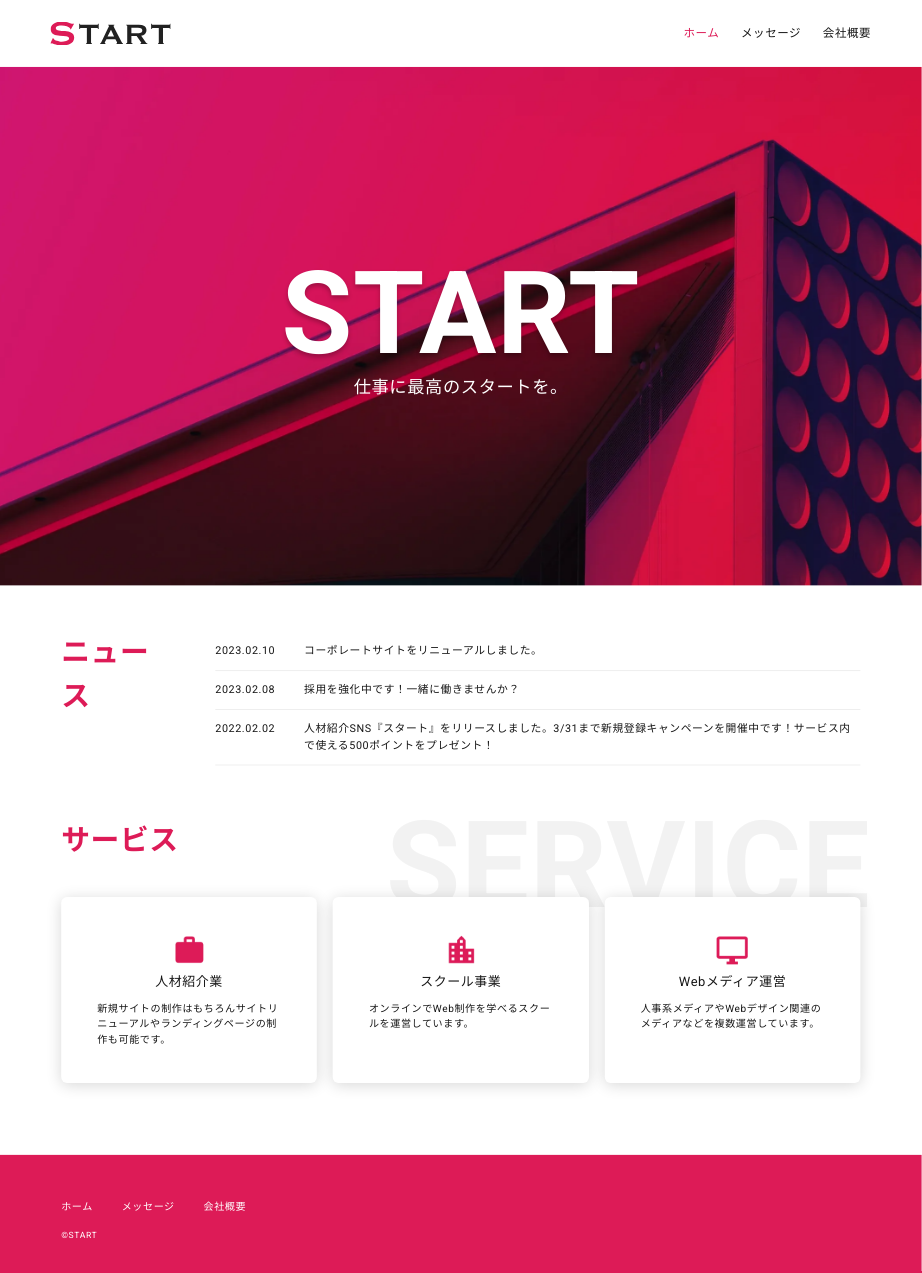
Repository: tetishi/tetishi.github.io
Page: index.html
The author's editor kept a copy of each file at every save. The page is drawn from the files as they stood at one save, then again after a run of saves.
The browser window is 1280 px wide. The pictures show the whole page, at 72% of full size.

Above is the page before, as saved 2023-07-02 21:03:20.

### index.html
<!DOCTYPE html>
<html lang="en">
<head>
    <meta charset="UTF-8">
    <meta http-equiv="X-UA-Compatible" content="IE=edge">
    <meta name="viewport" content="width=device-width, initial-scale=1.0">
    <title>Start</title>
    <!-- <link rel="stylesheet" type="text/css" href="http://yui.yahooapis.com/3.18.1/build/cssreset/cssreset-min.css"> -->
    <link rel="preconnect" href="https://fonts.googleapis.com">
    <link rel="preconnect" href="https://fonts.gstatic.com" crossorigin>
    <link href="https://fonts.googleapis.com/css2?family=Noto+Sans+JP:wght@500;700&family=Roboto:wght@400;700&display=swap" rel="stylesheet">
    <link rel="icon" href="img/favicon.ico">
    <link rel="stylesheet" href="./css/reset.css">
    <link rel="stylesheet" href="./css/style.css">
</head>
<body>
    <header class="header">
        <div class="header-inner">
            <h2 class="nav-title">
                <a href="./index.html">
                    <img src="img/logo.svg" alt="START">
                </a>
            </h2>
            <nav class="header-nav">
                <ul class="header-list">
                    <li class="header-item">
                        <a href="./index.html" class="text-red">ホーム</a>
                    </li>
                    <li class="header-item">
                        <a href="./message.html">メッセージ</a>
                    </li>
                    <li class="header-item">
                        <a href="./company.html">会社概要</a>
                    </li>
                </ul>
            </nav>
            <button class="hamburger-btn">
                <span class="bar bar_top"></span>
                <span class="bar bar_mid"></span>
                <span class="bar bar_bottom"></span>
            </button>
        </div>
    </header>

    <main>
        <!-- fv -->
        <div class="fv">
            <div class="fv_img">
                <picture>
                    <source srcset="./img/fv.webp" type="image/webp">
                    <img src="./img/fv.jpg" alt="STARTの赤いイメージ背景">
                </picture>
            </div>
            <div class="sp_fv_img">
                <picture>
                    <source srcset="./img/sp_fv.webp" type="image/webp">
                    <img src="./img/sp_fv.jpg" alt="STARTの赤いイメージ背景">
                </picture>
            </div>
            <!-- page-title-wrapper -->
            <div class="page-title-wrapper">
                <h1 class="page-title">START</h1>
                <div class="page-title-bottom">仕事に最高のスタートを。</div>
                <!-- /.page-title-bottom -->
            </div>
        </div>

        <!-- news -->
        <section id="news" class="section-wrapper news-wrapper">
            <div class="section-inner news-inner">
                <h2 class="section-title news-title">
                    ニュース
                </h2>
                <div class="news-container">
                    <ul class="news-list">
                        <li class="news-item">
                            <time datetime="2023.02.10">2023.02.10</time>
                            <a href="#news">コーポレートサイトをリニューアルしました。</a>
                        </li>
                        <li class="news-item">
                            <time datetime="2023.02.08">2023.02.08</time>
                            <a href="#news">採用を強化中です！一緒に働きませんか？</a>
                        </li>
                        <li class="news-item">
                            <time datetime="2022.02.02">2022.02.02</time>
                            <a href="#news">人材紹介SNS『スタート』をリリースしました。3/31まで新規登録キャンペーンを開催中です！サービス内で使える500ポイントをプレゼント！</a>
                        </li>
                    </ul>
                </div>
                <!-- /.news-container -->
            </div>
            <!-- /.section-inner -->
        </section>

        <!-- service -->
        <section id="service" class="section-wrapper service-wrapper">
            <div class="section-inner">
                <h2 class="section-title text-right text-white">サービス</h2>
                <h2 class="upper-text text-white">SERVICE</h2>
                <ul class="service-list">
                    <li class="service-item">
                            <picture>
                                <source srcset="./img/bag.webp" type="image/webp">
                                <img src="./img/bag.png" alt="手提げ鞄">
                            </picture>
                            <h3 class="service-item-title">人材紹介業</h3>
                            <p class="service-item-text">
                                新規サイトの制作はもちろんサイトリニューアルやランディングページの制作も可能です。
                            </p>
                    </li>
                    <li class="service-item">
                            <picture>
                                <source srcset="./img/school.webp" type="image/webp">
                                <img src="./img/school.png" alt="スクール">
                            </picture>
                            <h3 class="service-item-title">スクール事業</h3>
                            <p class="service-item-text">
                                オンラインでWeb制作を学べるスクールを運営しています。
                            </p>
                    </li>
                    <li class="service-item">
                            <picture>
                                <source srcset="./img/web.webp" type="image/webp">
                                <img src="./img/web.png" alt="モニター">
                            </picture>
                            <h3 class="service-item-title">Webメディア運営</h3>
                            <p class="service-item-text">
                                人事系メディアやWebデザイン関連のメディアなどを複数運営しています。
                            </p>
                    </li>
                </ul>
            </div>
            <!-- /.section-inner -->
        </section>

    </main>


    <footer class="footer">
        <div class="section-inner">
            <nav class="footer-nav">
                <ul class="footer-nav-list">
                    <li class="footer-nav-item"><a href="./index.html">ホーム</a></li>
                    <li class="footer-nav-item"><a href="./message.html">メッセージ</a></li>
                    <li class="footer-nav-item"><a href="./company.html">会社概要</a></li>
                </ul>
            </nav>
            <small>&copy;START</small>
        </div>
    </footer>

    <script src="https://ajax.googleapis.com/ajax/libs/jquery/3.6.0/jquery.min.js"></script>
    <script src="js/script.js"></script>
</body>
</html>

### css/reset.css
/*
html5doctor.com Reset Stylesheet
v1.6.1
Last Updated: 2010-09-17
Author: Richard Clark - http://richclarkdesign.com
Twitter: @rich_clark
*/

* {
    box-sizing: border-box;
}

html,
body,
div,
span,
object,
iframe,
h1,
h2,
h3,
h4,
h5,
h6,
p,
blockquote,
pre,
abbr,
address,
cite,
code,
del,
dfn,
em,
img,
ins,
kbd,
q,
samp,
small,
strong,
sub,
sup,
var,
b,
i,
dl,
dt,
dd,
ol,
ul,
li,
fieldset,
form,
label,
legend,
table,
caption,
tbody,
tfoot,
thead,
tr,
th,
td,
article,
aside,
canvas,
details,
figcaption,
figure,
footer,
header,
hgroup,
menu,
nav,
section,
summary,
time,
mark,
ruby,
audio,
video {
    margin: 0;
    padding: 0;
    border: 0;
    outline: 0;
    font-size: 100%;
    vertical-align: baseline;
    background: transparent;
}

body {
    line-height: 1.5;
}

img {
    width: 100%;
    height: auto;
    object-fit: cover;
}

button {
    background-color: transparent;
    border: none;
    cursor: pointer;
    outline: none;
    padding: 0;
    appearance: none;
}

article,
aside,
details,
figcaption,
figure,
footer,
header,
hgroup,
menu,
nav,
section {
    display: block;
}

nav ul {
    list-style: none;
}

li {
    list-style: none;
}

a {
    margin: 0;
    padding: 0;
    font-size: 100%;
    vertical-align: baseline;
    background: transparent;
}

input,
select {
    vertical-align: middle;
}

/*end reset css*/

### css/style.css
/* base */

html {
    font-size: 62.5%;
}
body {
    font-size: 1.6rem;
    letter-spacing: .05em;
    color: #171717;
    font-family: "Roboto", "Noto Sans JP", Arial, "Hiragino Kaku Gothic ProN", "Hiragino Sans", Meiryo, sans-serif;
}
img {
    vertical-align: bottom;
}
.section-inner {
    max-width: 1110px;
    margin: 0 auto;
}
.section-title {
    font-size: 4rem;
    color: #DD1B57;
    margin-bottom: 49px;
    /* width: 25%; */
    whi
}
a {
    color: inherit;
    text-decoration: none;
}

.text-red {
    color: #DD1B57;
}

/* header */
.header {
    padding: 30px 70px;
    width: 100%;
}

.header a {
    text-decoration: none;
}
.header-inner {
    display: flex;
    justify-content: space-between;
    align-items: center;
}
.header-list {
    display: flex;
}
.header-item {
    margin-right: 30px;
}
.header-item:last-of-type {
    margin-right: 0;
}
.hamburger-btn {
    display: none;
}

/* fv */
.fv {
    height: 100vh;
    min-height: 550px;
    position: relative;
}
.fv img {
    height: 100vh;
    min-height: 550px;
    object-fit: cover;
}
.sp_fv_img {
    display: none;
}
.page-title-wrapper {
    position: absolute;
    left: 50%;
    top: 50%;
    color: #fff;
    transform: translate(-50%,-50%);
    line-height: 1;
}
.page-title {
    font-size: 16rem;
    font-weight: bold;
    margin-bottom: 10px;
    text-shadow: 0 4px 6px rgb(0 0 0 / 25%);
}
.page-title-bottom {
    font-size: 24px;
    text-align: center;
}

/* news */
.news-wrapper {
    margin: 64px 0 74px 0;
}
.news-inner {
    display: flex;
    column-gap: 88px;
}
.news-item {
    padding: 15px 0 16px 0;
    border-bottom: 1px solid #E8E8E8;
    display: flex;
    font-size: 1.5rem;
}
.news-item a {
    margin-left: 40px;
}

/* service */
.service-wrapper {
    margin-bottom: 100px;
}
.service-wrapper .section-inner {
    position: relative;
}
.upper-text {
    position: absolute;
    right: -14px;
    top: -60px;
    font-size: 16.8rem;
    font-weight: bold;
    color: #171717;
    margin: 0 auto;
    opacity: .05;
    z-index: 0;
}
.service-list {
    display: flex;
    justify-content: space-between;
    position: relative;
    z-index: 1;
}
.service-item {
    width: 32%;
    background-color: #fff;
    box-shadow: 0 3px 21px rgba(0, 0, 0, .16);
    border-radius: 8px;
}
.service-item img {
    width: 48px;
    display: block;
    margin: 0 auto;
    padding-top: 50px;
}
.service-item-title {
    text-align: center;
    font-size: 1.8rem;
    font-weight: normal;
    margin-top: 5px;
}
.service-item-text {
    padding: 15px 50px 50px 50px;
    font-size: 1.4rem;
}

/* footer */
.footer {
    background-color: #DD1B57;
    color: #fff;
    height: 164px;
}
.footer-nav-list {
    display: flex;
    font-size: 1.4rem;
    padding: 61px 0 17px;
}
.footer-nav-item {
    margin-right: 40px;
}
small {
    font-size: 1.2rem;
    margin-bottom: 50px;
}

@media screen and (max-width: 768px) {
    /* base_sp */
    .section-inner {
        padding: 0 20px;
    }
    .section-title {
        font-size: 3.2rem;
        margin-bottom: 19px;
        width: 100%;
    }

    /* header_sp */
    .header {
        padding: 0;
        z-index: 1;
        position: relative;
    }
    .nav-title {
        padding: 22px 20px;
    }
    .header-nav {
        display: none;
        position: fixed;
        top: 0;
        right: 0;
        width: 50%;
        height: 100vh;
        background-color: #DD1B57;
    }
    .header-list {
        height: 100%;
        flex-direction: column;
        padding: 96px 0 0 40px;
    }
    .text-red {
        color: #fff;
        opacity: .5;
    }
    .header-item {
        margin: 0 0 27px;
        color: #fff;
    }
    .header-item:last-of-type {
        margin-bottom: 0;
    }
    .hamburger-btn {
        display: block;
        background-color: #DD1B57;
        padding: 26px 16px;
        width: 60px;
    }
    .hamburger-btn .bar {
        display: block;
        width: 26px;
        height: 3px;
        background-color: #fff;
        transition: .3s;
    }
    .bar_mid,
    .bar_bottom {
        margin-top: 8px;
    }
    .hamburger-btn.cross .bar_top {
        transform: rotate(45deg) translate(8px, 8px);
        transition: .3s;
    }
    .hamburger-btn.cross .bar_middle {
        opacity: 0;
        transition: .3s;
    }
    .hamburger-btn.cross .bar_bottom {
        transform: rotate(-45deg) translate(8px, -8px);
        transition: .3s;
    }
    body.noscroll {
        overflow: hidden;
    }

    /* fv_sp */
    .fv_img {
        display: none;
    }
    .sp_fv_img {
        display: block;
    }
    .page-title {
        font-size: 8rem;
        font-weight: bold;
    }
    .page-title-bottom {
        font-size: 2rem;
    }

    /* news_sp */
    .news-wrapper {
        margin: 33px 0 58px 0;
    }
    .news-inner {
        display: block;
    }
    .news-item {
        flex-flow: column;
        padding: 20px 0 16px 0;
    }
    .news-item:first-child {
        padding: 0 0 16px 0;
    }
    .news-item a {
        margin-left: 0px;
        margin-top: 7px;
    }

    /* service_sp */
    .service-wrapper {
        margin-bottom: 60px;
    }
    .upper-text {
        right: 4px;
        top: -5px;
        font-size: 7rem;
    }
    .service-list {
        display: block;
    }
    .service-item {
        width: 100%;
        margin-bottom: 20px;
    }
    .service-item img {
        width: 60px;
        padding-top: 40px;
    }
    .service-item-title {
        margin-top: 7px;
    }
    .service-item-text {
        padding: 10px 30px 40px 30px;
    }

    /* footer_sp */
    .footer {
        height: 120px;
    }
    .footer-nav-list {
        font-size: 1.2rem;
        padding: 41px 0 19px;
    }
    .footer-nav-item {
        margin-right: 25px;
    }
    small {
        font-size: 1rem;
        margin-bottom: 29px;
    }
}

### js/script.js
//ハンバーガーボタン
$('.hamburger-btn').on('click', function() {
    $('.header-nav').fadeToggle(300);
    $(this).toggleClass('cross');
    $('body').toggleClass('noscroll');
});

After the next 2 saves:
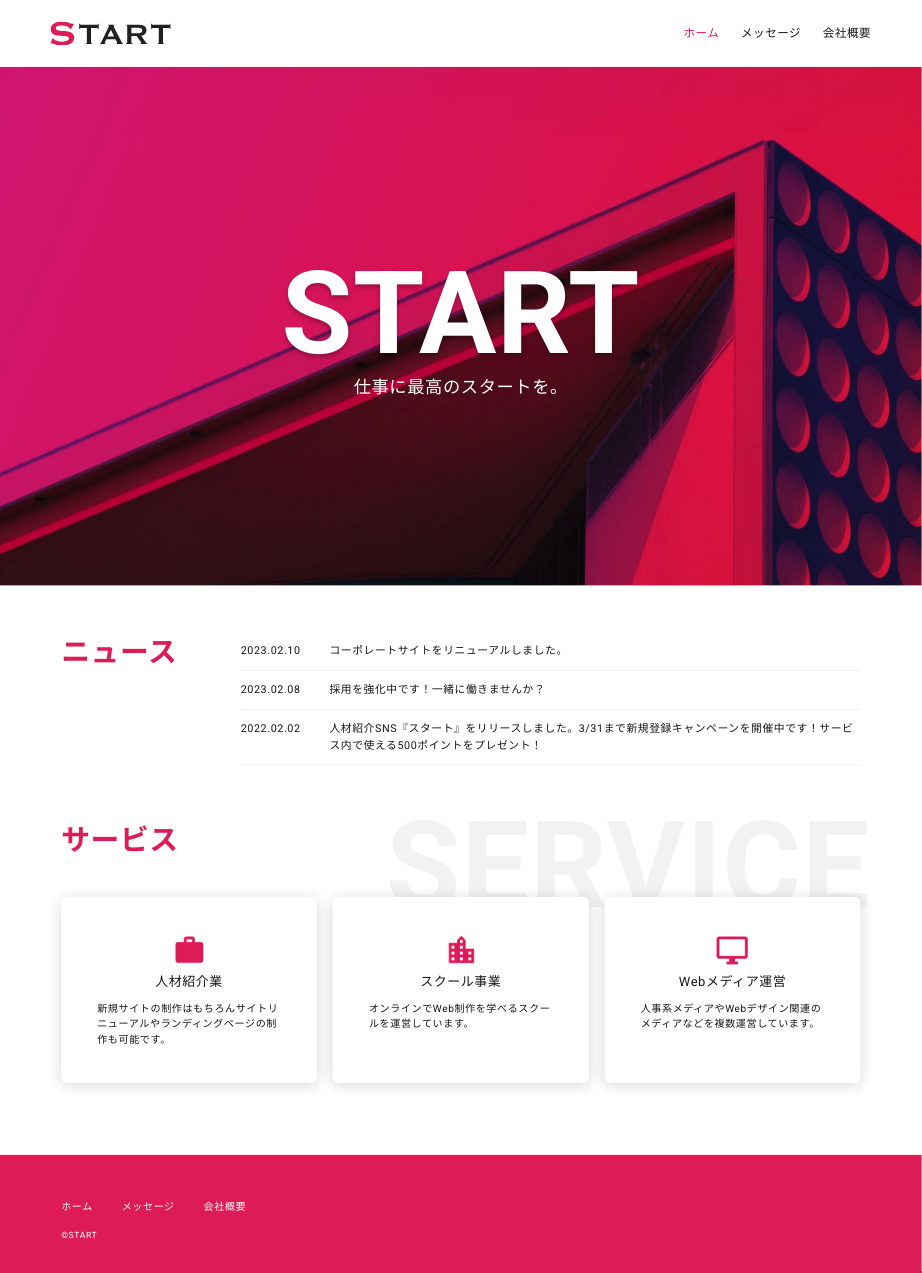
The 2 saves are shown as one change because they came seconds apart.
The last was saved 5 s later.
--- a/css/style.css
+++ b/css/style.css
@@ -21,7 +21,7 @@ img {
     color: #DD1B57;
     margin-bottom: 49px;
     /* width: 25%; */
-    whi
+    white-space: nowrap;
 }
 a {
     color: inherit;
